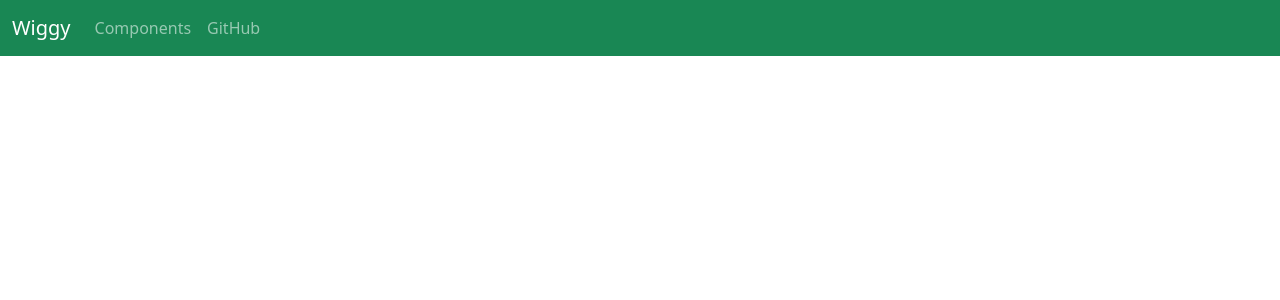
Repository: MohammadGulshan/wiggy
Page: / (app in client/)
The author's editor kept a copy of each file at every save. The page is drawn from the files as they stood at one save, then again after the next save.
The browser window is 1280 px wide. The pictures show the whole page.
The project was rebuilt for these pictures with package versions that can differ from the ones it lists, and the page was loaded fresh each time. Also part of the build but not shown: client/src/App.css.

Above is the page before, as saved 2020-12-11 02:21:26.

After the next save:
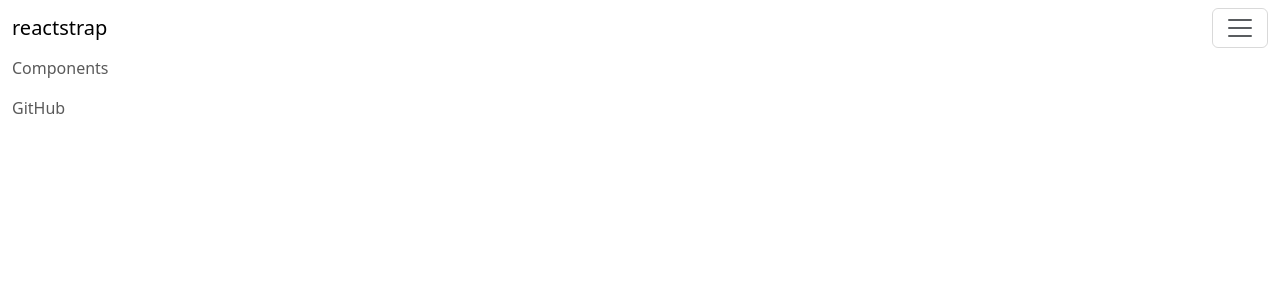
Saved 66 s later.
--- a/client/src/components/AppNavbar.js
+++ b/client/src/components/AppNavbar.js
@@ -19,11 +19,25 @@
   const toggle = () => isOpen = !isOpen;
   return (
     <div>
-      <Navbar color="success" dark expand="md">
+      {/* <Navbar color="success" dark expand="md">
         <NavbarBrand href="/">Wiggy</NavbarBrand>
         <NavbarToggler onClick={toggle} />
         <Collapse isOpen={isOpen} navbar>
           <Nav className="ml-auto" navbar>
+            <NavItem>
+              <NavLink href="/components/">Components</NavLink>
+            </NavItem>
+            <NavItem>
+              <NavLink href="https://github.com/reactstrap/reactstrap">GitHub</NavLink>
+            </NavItem>
+          </Nav>
+        </Collapse>
+      </Navbar> */}
+      <Navbar color="faded" light>
+        <NavbarBrand href="/" className="mr-auto">reactstrap</NavbarBrand>
+        <NavbarToggler onClick={toggle} className="mr-2" />
+        <Collapse isOpen={!isOpen} navbar>
+          <Nav navbar>
             <NavItem>
               <NavLink href="/components/">Components</NavLink>
             </NavItem>
